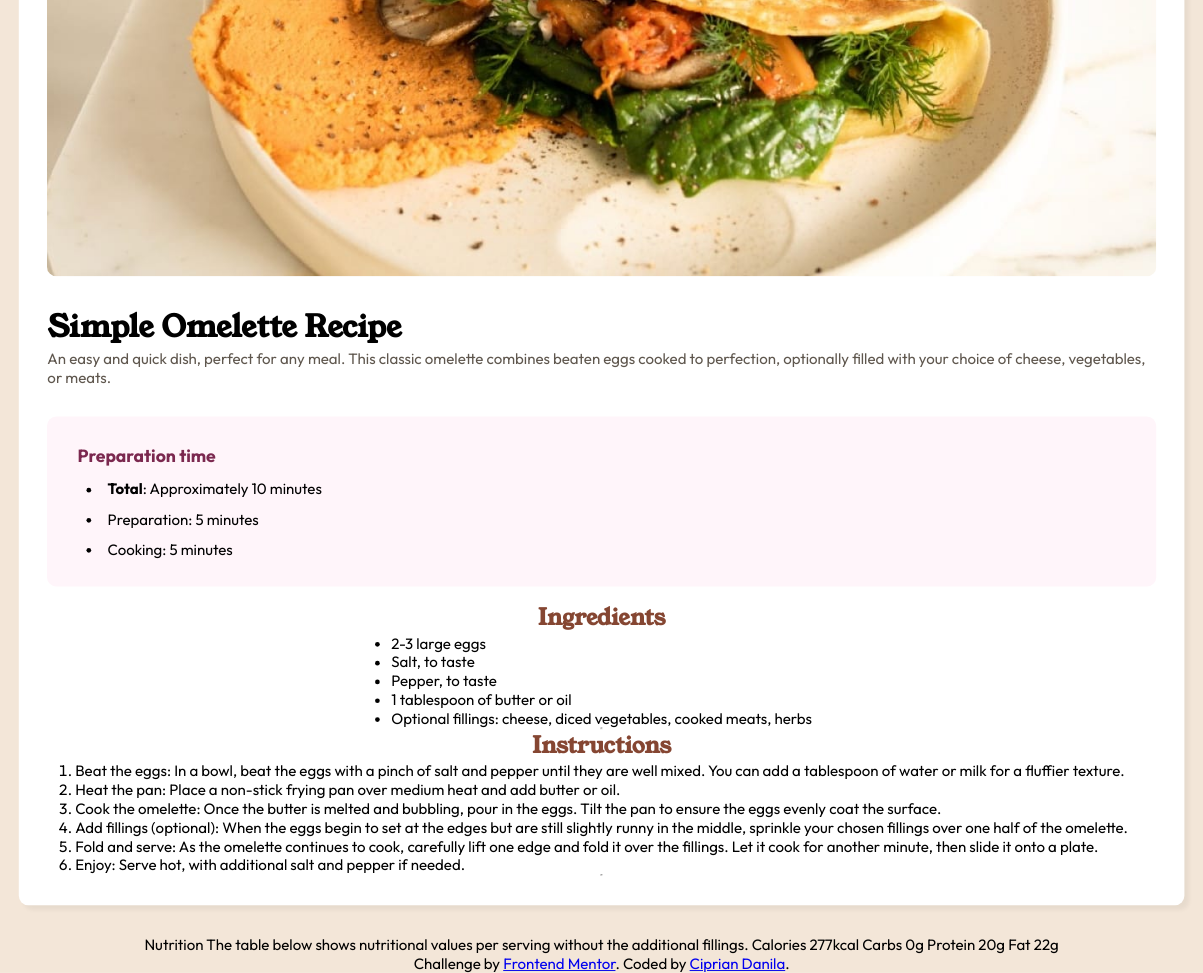
Repository: cipdanila/recipe-page
Page: index.html
These files come from the project's save history. The page is drawn as it stood at one moment and after the next save; the edit follows.
The browser window is 1280 px wide. The pictures show the whole page, at 94% of full size.

Above is the page before, as saved 2024-01-21 16:55:24.

After the next save:
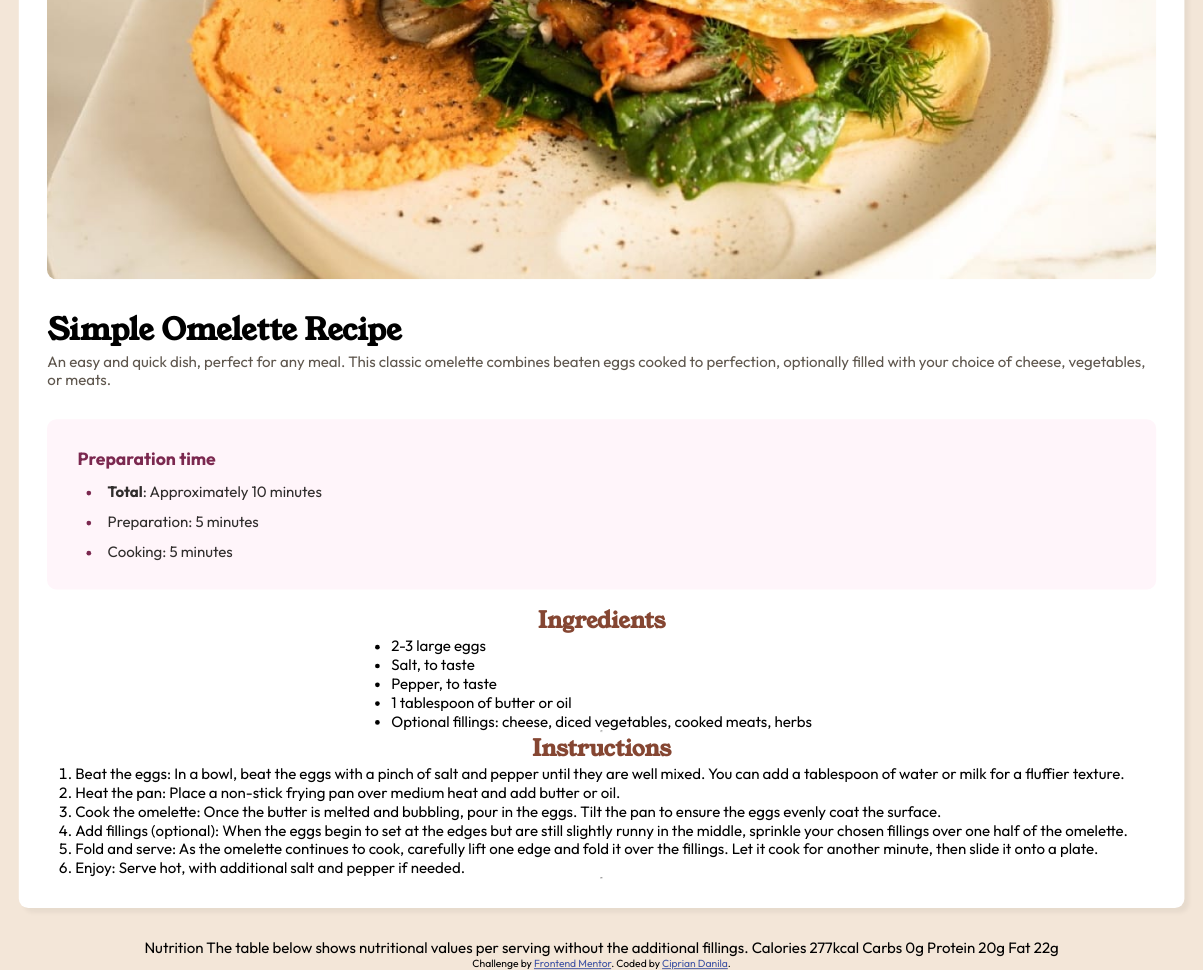
Saved 17 s later.
--- a/styles.css
+++ b/styles.css
@@ -96,7 +96,9 @@
     padding-left: 10px;
 }
 
-.prep-container ul li {
+.prep-container ul li::marker {
+    color: var(--dark-raspberry);
+}
 
 .prep-container ul li {
     color: var(--dark-charcoal);
